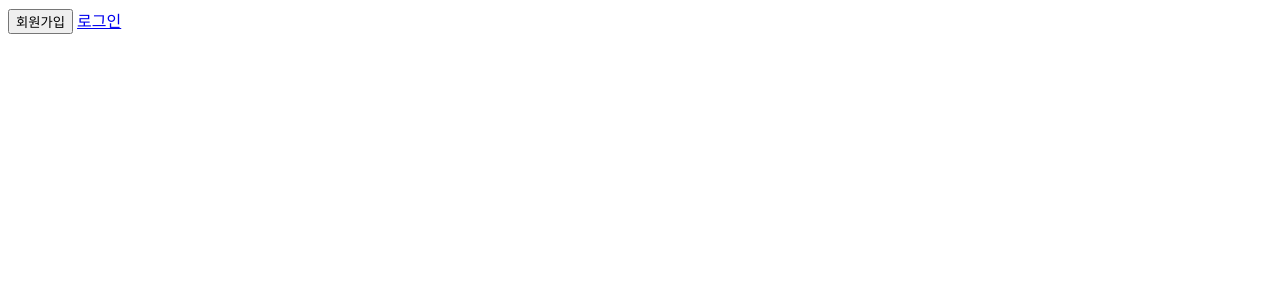
Repository: ih0615/NewJSP
Page: http://localhost/board/views/index.jsp
These files come from the project's save history. The page is drawn as it stood at one moment and after the next save; the edit follows.
The browser window is 1280 px wide. The pictures show the whole page.
The page is served by Tomcat 9. Other server files are loaded and not shown.

Above is the page before, as saved 2020-11-26 08:30:32.

### board/WebContent/views/index.jsp
<%@page import="common.LoginManager"%>
<%@ page language="java" contentType="text/html; charset=UTF-8" pageEncoding="UTF-8"%>
<%
	LoginManager lm = LoginManager.getInstance();
String id = lm.getMemberId(session);
%>
<!DOCTYPE html>
<html>
<head>
<meta charset="UTF-8">
<title>홈페이지</title>
<script>
	function gotoMemberRegisterPage() {
		location.href = '/memberRegister.do';
	}
</script>
</head>
<body>
	<%
		if (id == null) {
	%>
	<button onclick="gotoMemberRegisterPage()">회원가입</button>
	<a href="/login.do">로그인</a>
	<%
		} else {
	%>
	<a href="/modifyMember.do">회원정보 수정</a>
	<a href="/logout.do">로그아웃</a>
	<a href="/leave.do">회원탈퇴</a>
	<a href="#">게시판</a>
	<%
		}
	%>
</body>
</html>

### board/src/common/LoginManager.java
package common;

import javax.servlet.http.HttpSession;
import javax.servlet.http.HttpSessionBindingEvent;
import javax.servlet.http.HttpSessionBindingListener;
import java.util.Enumeration;
import java.util.Hashtable;

public class LoginManager implements HttpSessionBindingListener {
	private static Hashtable loginUsers = new Hashtable();

	private LoginManager() {
		super();
	}

	public static LoginManager getInstance() {
		return LoginManager.LazyHolder.INSTANCE;
	}

	private static class LazyHolder {
		private static final LoginManager INSTANCE = new LoginManager();
	}

	@Override
	public void valueBound(HttpSessionBindingEvent event) {
		loginUsers.put(event.getSession(), event.getName());
	}

	@Override
	public void valueUnbound(HttpSessionBindingEvent event) {
		loginUsers.remove(event.getSession());
	}

	public void removeSession(String id) {
		Enumeration e = loginUsers.keys();
		HttpSession session = null;
		while (e.hasMoreElements()) {
			session = (HttpSession) e.nextElement();
			if (loginUsers.get(session).equals(id)) {
				session.invalidate();
			}
		}
	}

	public boolean isLogin(String sessionId) {
		boolean isLogin = false;
		Enumeration e = loginUsers.keys();
		String key = "";
		while (e.hasMoreElements()) {
			key = (String) e.nextElement();
			if (sessionId.equals(key)) {
				isLogin = true;
			}
		}
		return isLogin;
	}

	public void setSession(HttpSession session, String id) {
		session.setAttribute(id, this);
	}

	public String getMemberId(HttpSession session) {
		return (String) loginUsers.get(session);
	}
}

After the next save:
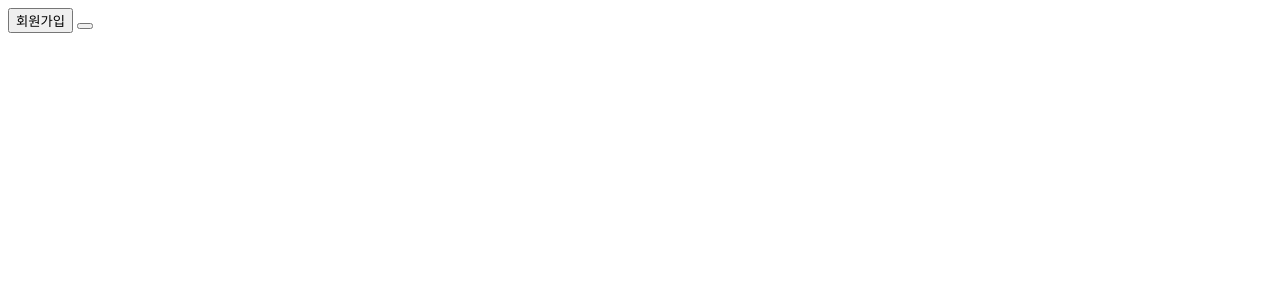
Saved 2 min 13 s later.
--- a/board/WebContent/views/index.jsp
+++ b/board/WebContent/views/index.jsp
@@ -20,7 +20,8 @@ String id = lm.getMemberId(session);
 		if (id == null) {
 	%>
 	<button onclick="gotoMemberRegisterPage()">회원가입</button>
-	<a href="/login.do">로그인</a>
+	<button onclick="location.href='login.do'"></button>
+	<!-- <a href="/login.do">로그인</a> -->
 	<%
 		} else {
 	%>
